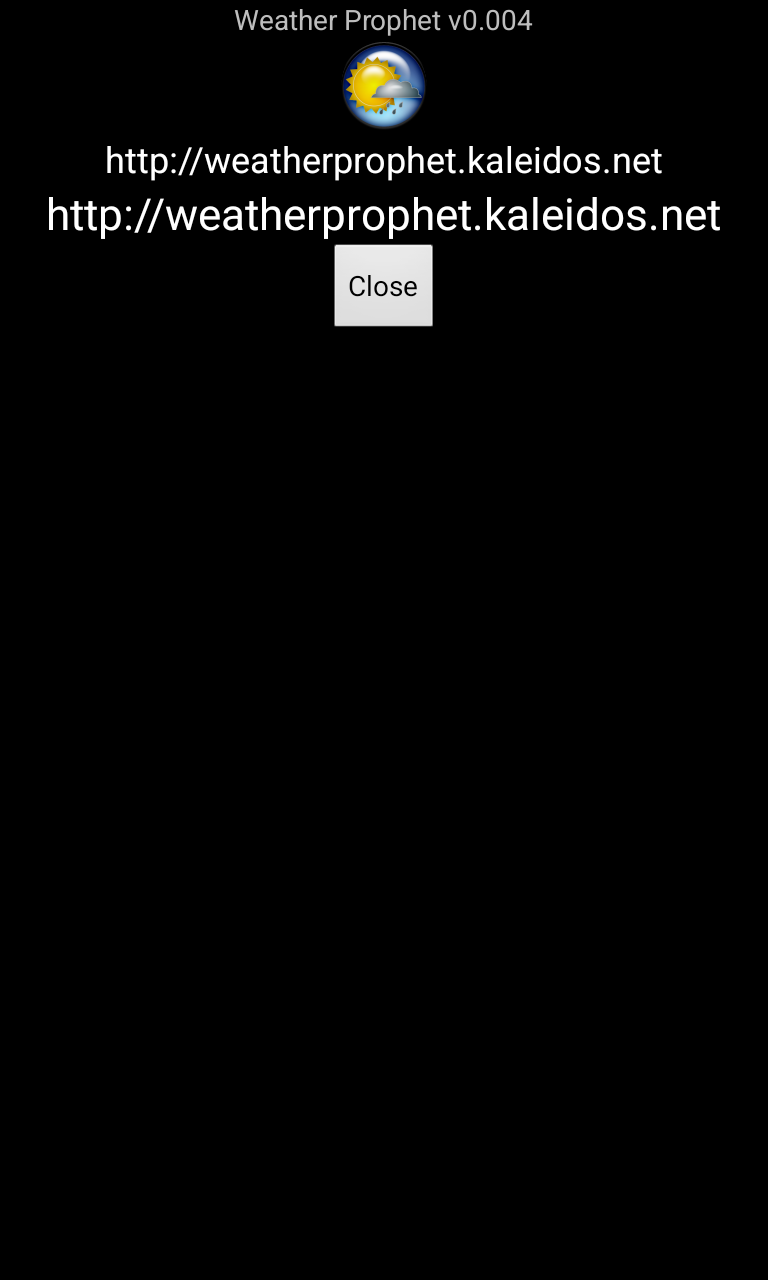
Repository: kaleidos/Weather-Prophet
Layout: android/WeatherProphet/res/layout/about.xml
The author's editor kept a copy of each file at every save. The layout is drawn from the files as they stood at one save, then again after the next save.
It is drawn on a 768 x 1280 px phone screen (xhdpi) without system bars, with theme android:Theme; the app's code is not run.

Above is the layout before, as saved 2011-12-16 07:55:14.

### android/WeatherProphet/res/layout/about.xml
<?xml version="1.0" encoding="utf-8"?>
<LinearLayout xmlns:android="http://schemas.android.com/apk/res/android"
    android:layout_width="fill_parent"
    android:layout_height="fill_parent"
    android:gravity="center_horizontal"
    android:orientation="vertical" >

    <TextView
        android:layout_width="wrap_content"
        android:layout_height="wrap_content"
        android:text="@string/hello" />

    <ImageView
        android:id="@+id/imageView1"
        android:layout_width="wrap_content"
        android:layout_height="wrap_content"
        android:src="@drawable/ic_weather_prophet" />

    <TextView
        android:id="@+id/textView1"
        android:layout_width="wrap_content"
        android:layout_height="wrap_content"
        android:text="@string/web"
        android:textAppearance="?android:attr/textAppearanceMedium" />

    <TextView
        android:id="@+id/textView1"
        android:layout_width="wrap_content"
        android:layout_height="wrap_content"
        android:text="@string/web"
        android:textAppearance="?android:attr/textAppearanceLarge" />

    <Button
        android:id="@+id/btnSubmit"
        android:layout_width="wrap_content"
        android:layout_height="wrap_content"
        android:onClick="logIn"
        android:text="@string/close" />

    <ProgressBar
        android:id="@+id/progressBar"
        style="?android:attr/progressBarStyleLarge"
        android:layout_width="wrap_content"
        android:layout_height="wrap_content"
        android:visibility="invisible" />

</LinearLayout>

### android/WeatherProphet/res/values/strings.xml
<?xml version="1.0" encoding="utf-8"?>
<resources>

    <string name="hello">Weather Prophet v0.004</string>
    <string name="app_name">WeatherProphet</string>
    <string name="wake_up">Wake Up!</string>
    <string name="stop_alarm">Stop Alarm</string>
    <string name="base_hour">Set your wake up hour</string>
    <string name="time_offset">Set offset</string>
    <string name="minutes">5</string>
    <string name="activate">Activate Wake Up Call</string>
    <string name="save">Save Preferences</string>
    <string name="notification">Show notification icon</string>
    <string name="login">Log In</string>
    <string name="username">User name</string>
    <string name="password">Password</string>
    <string name="submit">Submit</string>
    <string name="rainalarm">Rain Alarm</string>
    <string name="activaterainalarm">Activate Rain Alarm</string>
    <string name="ifrain">If rain probability is higer than</string>
    <string name="wakeme">Wake me earlier</string>
    <string name="morning">Morning</string>
    <string name="evening">Evening</string>
    <string name="night">Night</string>
    <string name="sendmail">Send me an email the day before</string>
    <string name="prevision">Weather prevision for today</string>
    <string name="wipe">Wipe settings from the device</string>
    <string name="help">Help</string>
    <string name="web">http://weatherprophet.kaleidos.net</string>
    <string name="close">Close</string>

</resources>

After the next save:
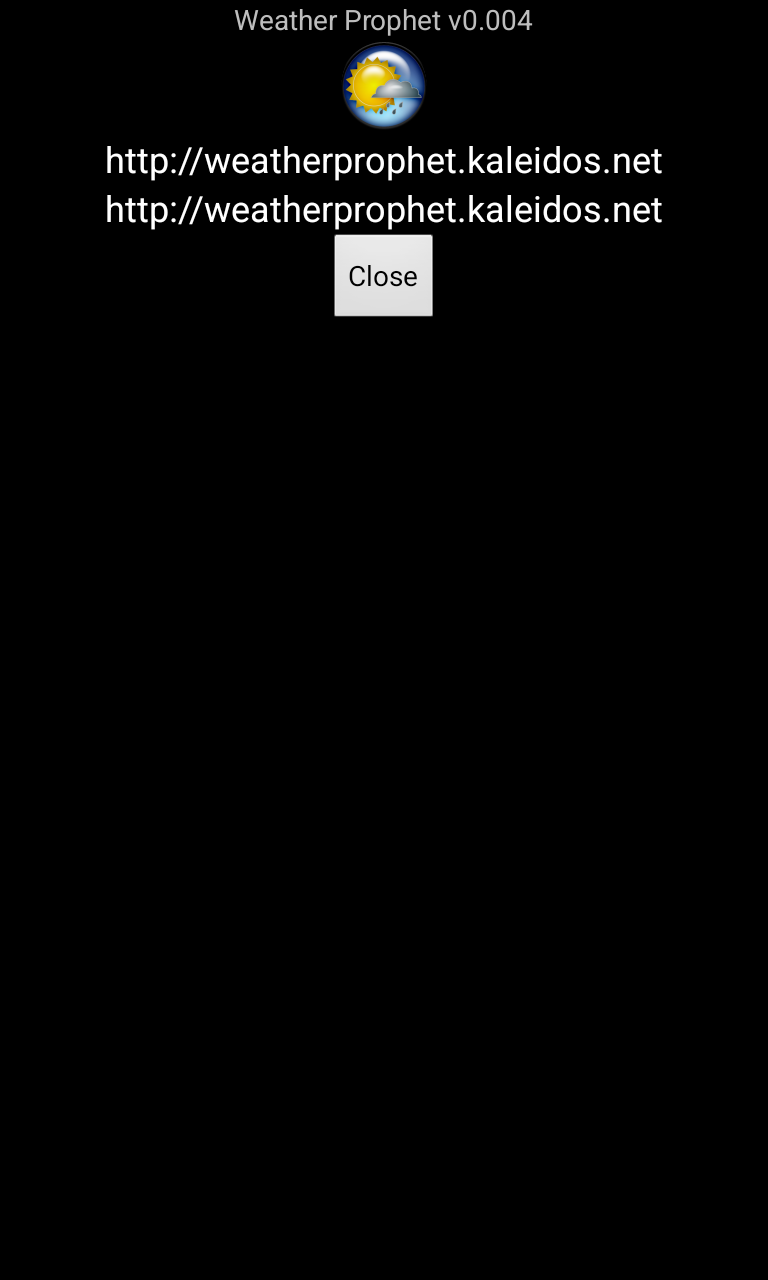
Saved 23 s later.
--- a/android/WeatherProphet/res/layout/about.xml
+++ b/android/WeatherProphet/res/layout/about.xml
@@ -28,7 +28,7 @@
         android:layout_width="wrap_content"
         android:layout_height="wrap_content"
         android:text="@string/web"
-        android:textAppearance="?android:attr/textAppearanceLarge" />
+        android:textAppearance="?android:attr/textAppearanceMedium" />
 
     <Button
         android:id="@+id/btnSubmit"
